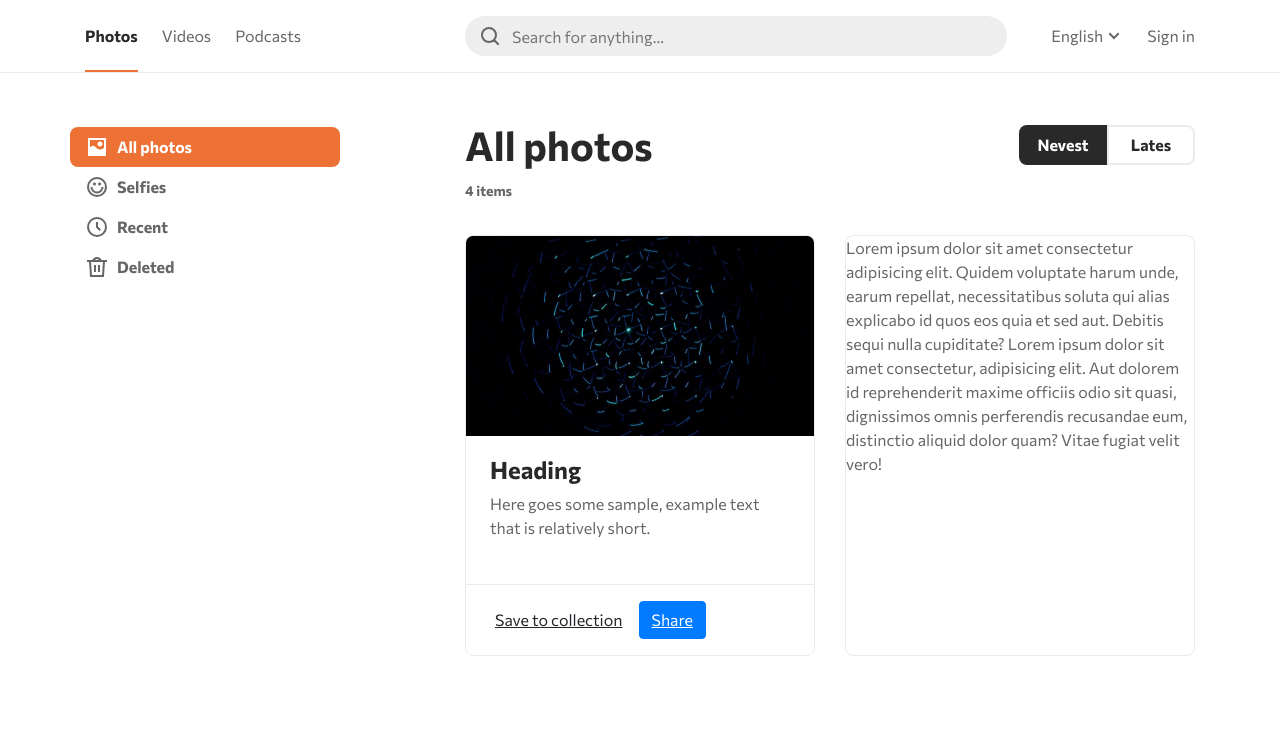
Repository: densavi/djinni
Page: index.html
These files come from the project's save history. The page is drawn as it stood at one moment and after the next save; the edit follows.
The browser window is 1280 px wide. The pictures show the whole page.
The style sheet was rebuilt from its Sass, Less or Tailwind sources for each picture, by a compiler version that may differ from the author's.

Above is the page before, as saved 2023-04-11 00:19:34.

After the next save:
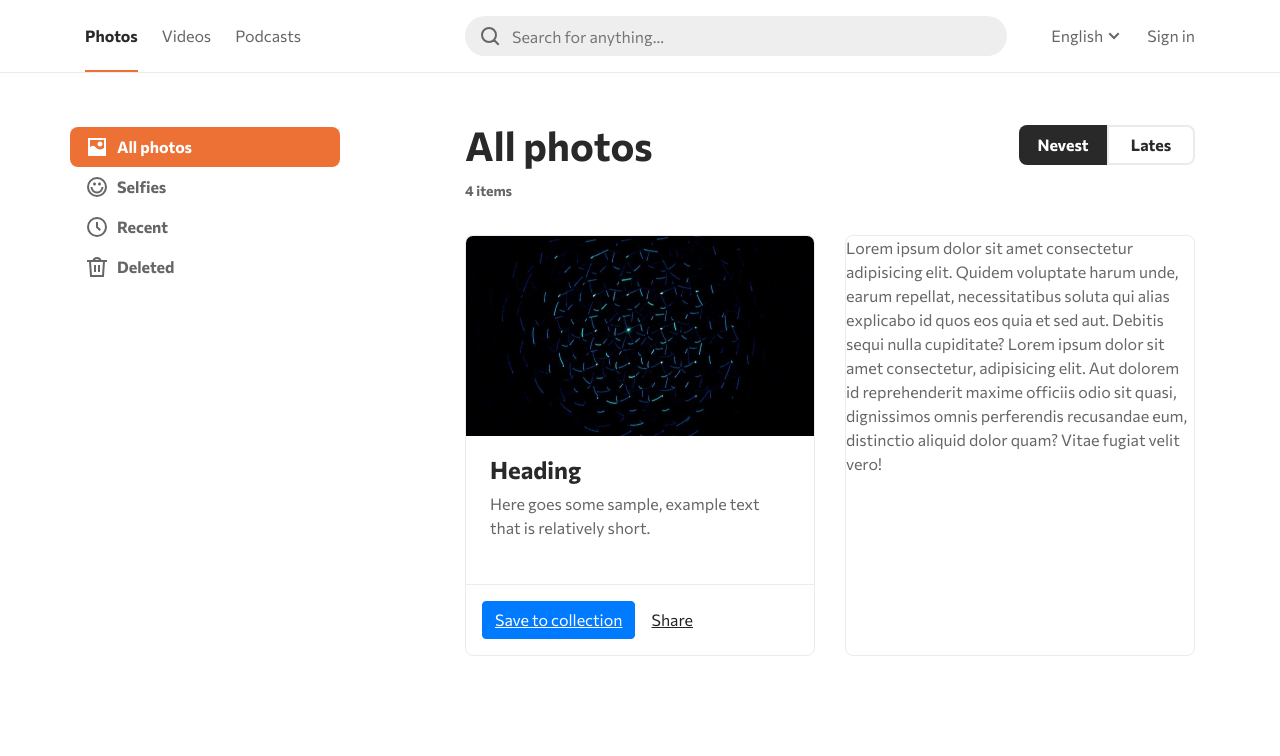
Saved 17 s later.
--- a/index.html
+++ b/index.html
@@ -129,8 +129,8 @@
                             <p class="post__descr">Here goes some sample, example text that is relatively short.</p>
                           </div>
                           <div class="post__buttons">
-                            <a href="#" class="btn">Save to collection</a>
-                            <a href="#" class="btn btn-primary">Share</a>
+                            <a href="#" class="btn btn-primary">Save to collection</a>
+                            <a href="#" class="btn">Share</a>
                           </div>
                         </div>
                       </div>
